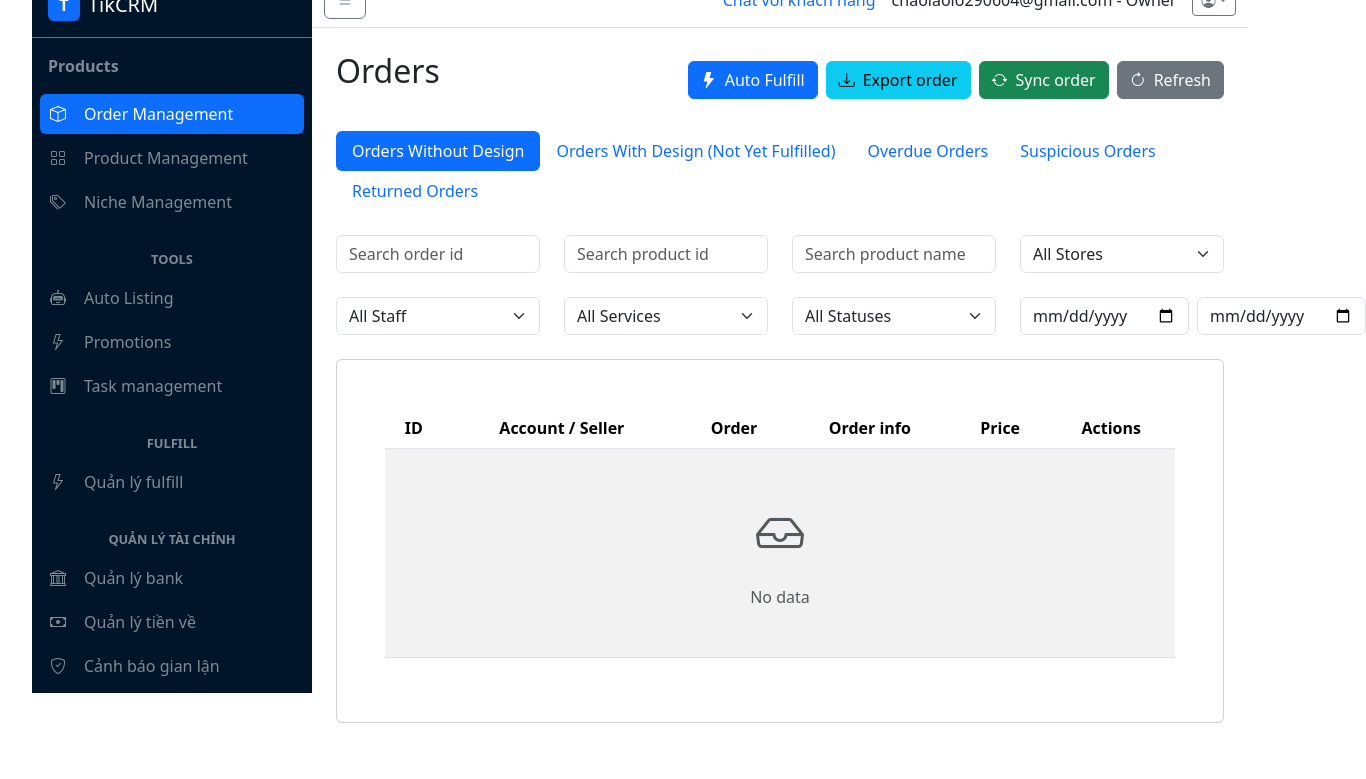
Repository: chaolaolo/tikcrm-fe
Page: /dashboard
An editor plug-in stored every save of this project. The page is shown before and after the next save, followed by the edit.
The browser window is 1280 px wide. The page is 1366 px wide, so the pictures cover 1366 px, including what lies to the right of the window. The pictures show the whole page.
The project was rebuilt for these pictures with package versions that can differ from the ones it lists, and the page was loaded fresh each time. Some packages were replaced by stand-ins written for this rebuild. Also part of the build but not shown: vite.config.ts, src/pages/Auth/Login/LoginPage.tsx, src/pages/Auth/Register/RegisterPage.tsx, src/pages/Home/Settings.tsx, src/pages/Home/HomePage.tsx, src/pages/Auth/ForgotPassword/ForgotPassword.tsx.

Above is the page before, as saved 2025-05-23 12:48:49.

After the next save:
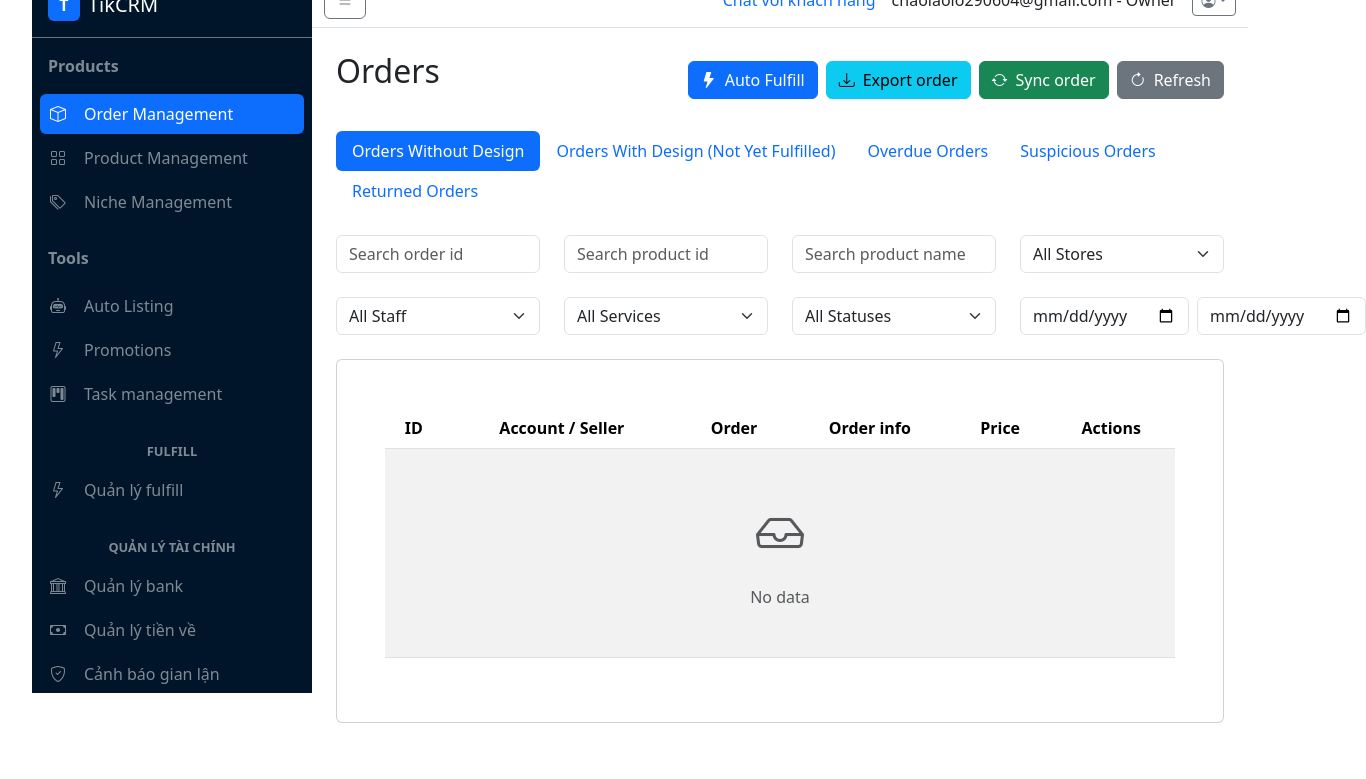
Saved 21 s later.
--- a/src/pages/Layouts/Layout.tsx
+++ b/src/pages/Layouts/Layout.tsx
@@ -62,8 +62,8 @@
           </div>
 
           {/* Tools Section */}
-          <div className="px-3 mb-2 mt-4">
-            {!isCollapsed && <small className="text-white-50 text-uppercase fw-bold">Tools</small>}
+          <div className="px-3 mb-2 mt-4 text-start">
+            {!isCollapsed && <p className="text-white-50 fw-bold">Tools</p>}
           </div>
 
           <div className="px-2">
